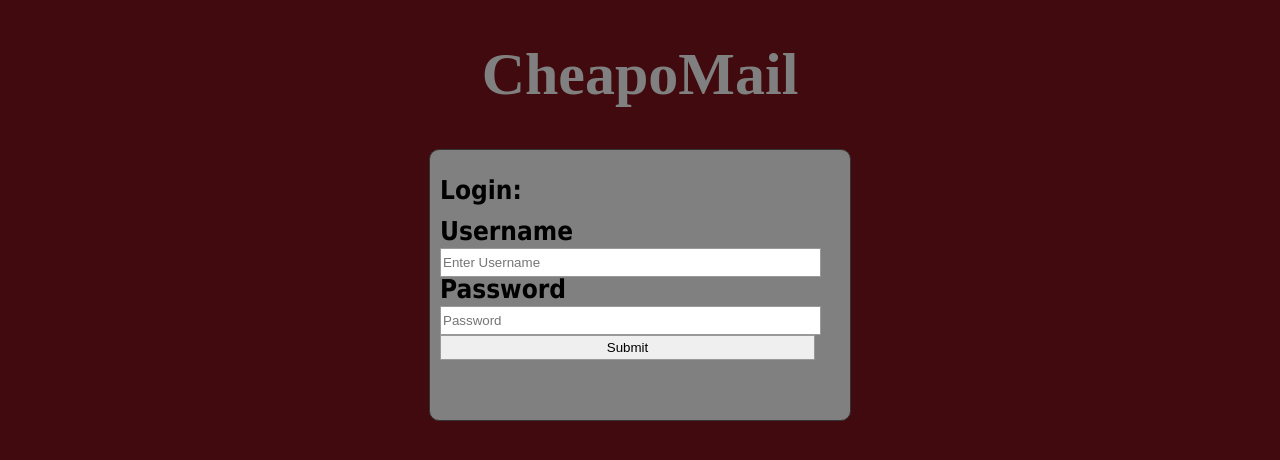
Repository: Wushum/Project-4
Page: cheapomail.html
The author's editor kept a record of every edit. The page is drawn from the files as they stood at one moment, then again after the next edit.
The browser window is 1280 px wide. The pictures show the whole page.

Above is the page before.
Not found: behaviour.js

### cheapomail.html
<!DOCTYPE html >
<html >
	<head>
		<title>Cheapo Mail</title>
		<meta http-equiv="Content-type" content="text/html;charset=ISO-8859-1" />
		<script src='behaviour.js' type='text/javascript'></script>
 		<link rel="stylesheet" type="text/css" href="cheapomail.css" />
	</head>

	<body>
		<div id="heading">
			<h1>CheapoMail</h1>
		</div>

		<form id="login-form"  action='action.php?a=login' method='post'>

			<div>
				<h1>Login:</h1>
				<label>
				<span>Username</span><input id="username" type="text" name="username" placeholder="Enter Username"/>
				</label>

				<label>
				<span>Password</span><input id="password" type="password" name="password" placeholder="Password"/>
				</label>

				<label>
				<input type="submit" value="Submit" />
				</label>

			</div>


 		</form>

	</body>
</html>

### cheapomail.css
body{
  background: #410A0F;
}
#heading{
  color: grey;
  text-align: center;
  font-size: 30px;

}
#login-form {
background-color: grey;
margin:auto;
position:relative;
width:400px;
height:250px;
font-family: Tahoma;
font-size: 13px;
line-height: 24px;
font-weight: bold;
color: black;
border-radius: 10px;
padding:10px;
border: 1px solid #999;
border: 1px solid #333;
}

label{
  font-size: 2em;
  text-align: center;
}

input    {
width:375px;
display:block;
border: 1px solid #999;
height: 25px;
}

input.button {
width:50px;
position:absolute;
right:20px;
bottom:20px;
background:#09C;
color:#fff;
font-family: Tahoma;
height:30px;
border-radius: 15px;
border: 1px solid #999;
}

input.button:hover {
background:#fff;
color:#09C;
}

After the next edit:
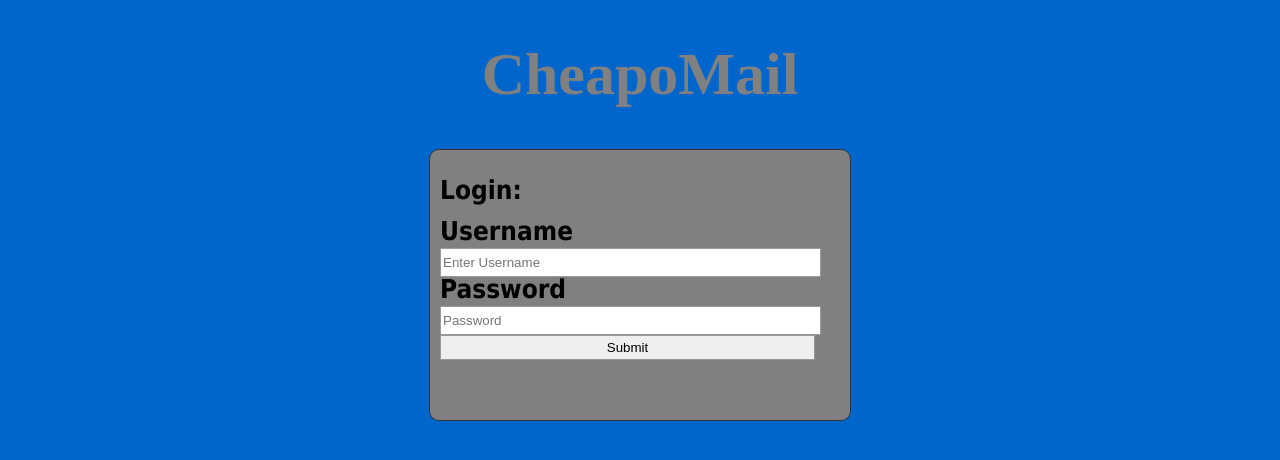
The edit:
--- a/cheapomail.css
+++ b/cheapomail.css
@@ -1,6 +1,7 @@
 body{
-  background: #410A0F;
+  background: #0066CC;
 }
+
 #heading{
   color: grey;
   text-align: center;
